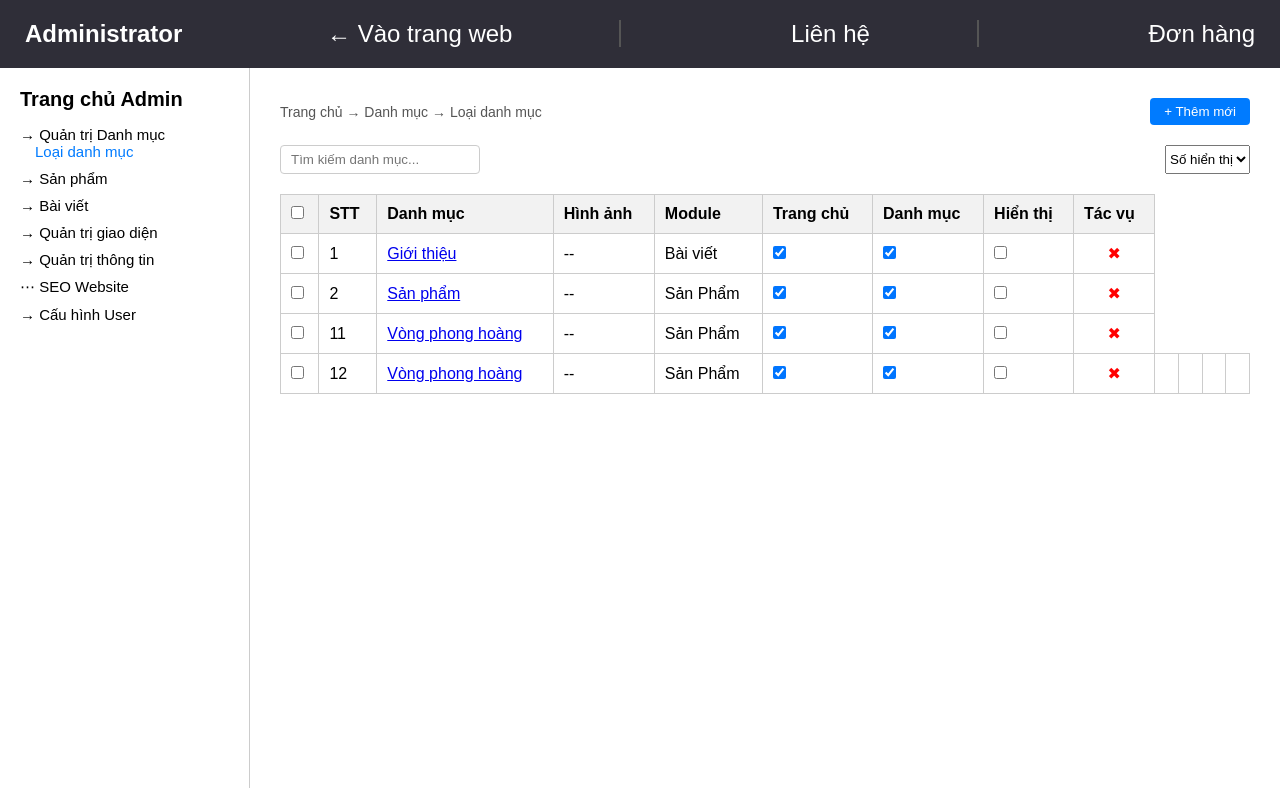
Repository: TranTanDat0606/Du-An-1
Page: Admin]/admin.html
These files come from the project's save history. The page is drawn as it stood at one moment and after a run of saves; the edit follows.
The browser window is 1280 px wide. The pictures show the whole page.

Above is the page before, as saved 2025-07-30 15:12:59.

### Admin]/admin.html
<!DOCTYPE html>
<html lang="vi">
<head>
    <meta charset="UTF-8" />
    <meta name="viewport" content="width=device-width, initial-scale=1.0"/>
    <title>Quản lý danh mục</title>
    <link rel="stylesheet" href="admin.css" />
</head>
<body>
    <header class="topbar">
    <div class="topbar-left">Administrator</div>
    <div class="topbar-right">
    <a href="#">← Vào trang web</a>
    <a href="#">Liên hệ</a>
    <a href="#">Đơn hàng</a></div>
</header>
    <div class="admin-container">
    <aside class="sidebar">
    <h2>Trang chủ Admin</h2>
    <ul>
        <li>→ Quản trị Danh mục
    <ul class="submenu">
            <li><a href="#">Loại danh mục</a></li>
    </ul>
        </li>
        <li>→ Sản phẩm</li>
        <li>→ Bài viết</li>
        <li>→ Quản trị giao diện</li>
        <li>→ Quản trị thông tin</li>
        <li>⋯ SEO Website</li>
        <li>→ Cấu hình User</li>
    </ul>
    </aside>
    <main class="main-content">
    <div class="header-bar">
        <span class="breadcrumbs">Trang chủ → Danh mục → Loại danh mục</span>
        <button class="btn-new">+ Thêm mới</button>
    </div>

    <div class="table-toolbar">
        <input type="text" class="search-input" placeholder="Tìm kiếm danh mục..." />
        <select>
    <option>Số hiển thị</option>
        </select>
    </div>
    <table>
        <thead>
    <tr>
            <th><input type="checkbox" /></th>
            <th>STT</th>
            <th>Danh mục</th>
            <th>Hình ảnh</th>
            <th>Module</th>
            <th>Trang chủ</th>
            <th>Danh mục</th>
            <th>Hiển thị</th>
            <th>Tác vụ</th>
    </tr>
        </thead>
        <tbody>
    <tr>
            <td><input type="checkbox" /></td>
            <td>1</td>
            <td><a href="#">Giới thiệu</a></td>
            <td>--</td>
            <td>Bài viết</td>
            <td><input type="checkbox" checked /></td>
            <td><input type="checkbox" checked /></td>
            <td><input type="checkbox" /></td>
            <td class="text-danger">✖</td>
    </tr>
    <tr>
            <td><input type="checkbox" /></td>
            <td>2</td>
            <td><a href="#">Sản phẩm</a></td>
            <td>--</td>
            <td>Sản Phẩm</td>
            <td><input type="checkbox" checked /></td>
            <td><input type="checkbox" checked /></td>
            <td><input type="checkbox" /></td>
            <td class="text-danger">✖</td>
    </tr>
    <tr>
        <td><input type="checkbox" /></td>
        <td>11</td>
        <td><a href="#">Vòng phong hoàng</a></td>
        <td>--</td>
        <td>Sản Phẩm</td>
        <td><input type="checkbox" checked /></td>
        <td><input type="checkbox" checked /></td>
        <td><input type="checkbox" /></td>
        <td class="text-danger">✖</td>
    </tr>
    <tr>
        <td><input type="checkbox" /></td>
        <td>12</td>
        <td><a href="#">Vòng phong hoàng</a></td>
        <td>--</td>
        <td>Sản Phẩm</td>
        <td><input type="checkbox" checked /></td>
        <td><input type="checkbox" checked /></td>
        <td><input type="checkbox" /></td>
        <td class="text-danger">✖</td>
        <td></td>
        <td></td>
        <td></td>
        <td></td>
    </tr>
        </tbody>
    </table>
    </main>
    </div>
</body>
</html>

### Admin]/admin.css
* {
    margin: 0;
    padding: 0;
    box-sizing: border-box;
    font-family: sans-serif;
}
/* header */
/* Topbar admin */
.topbar {
    background-color: #2f2e38;
    color: white;
    display: flex;
    justify-content: space-between;
    align-items: center;
    padding: 20px 25px;
    font-size: 24px;
}

.topbar-left {
    font-weight: bold;
}

.topbar-right a {
    color: white;
    text-decoration: none;
    margin-left: 100px;
    border-left: 2px solid #555;
    padding-left: 170px
}

.topbar-right a:first-child {
    border-left: none;
    padding-left: 0;
}
body {
    background: #f5f5f5;
}

.admin-container {
    display: flex;
    height: 100vh;
}

/* Sidebar */
.sidebar {
    width: 250px;
    background: #fff;
    border-right: 1px solid #ccc;
    padding: 20px;
}

.sidebar h2 {
    margin-bottom: 15px;
    font-size: 20px;
}

.sidebar ul {
    list-style: none;
}

.sidebar li {
    margin-bottom: 10px;
    font-size: 15px;
}

.sidebar .submenu {
    margin-left: 15px;
}

.sidebar a {
    color: #007bff;
    text-decoration: none;
}

/* Main Content */
.main-content {
    flex: 1;
    padding: 30px;
    background: #fff;
}

.header-bar {
    display: flex;
    justify-content: space-between;
    align-items: center;
}

.breadcrumbs {
    color: #555;
    font-size: 14px;
}

.btn-new {
    background: #007bff;
    color: #fff;
    border: none;
    padding: 6px 14px;
    border-radius: 4px;
    cursor: pointer;
}

.table-toolbar {
    margin: 20px 0;
    display: flex;
    justify-content: space-between;
}

.search-input {
    padding: 6px 10px;
    width: 200px;
    border: 1px solid #ccc;
    border-radius: 4px;
}

table {
    width: 100%;
    border-collapse: collapse;
    background: #fff;
}

table th,
table td {
    border: 1px solid #ccc;
    padding: 10px;
    text-align: left;
}

table th {
    background: #f2f2f2;
}

.text-danger {
    color: red;
    text-align: center;
}

After the next 2 saves:
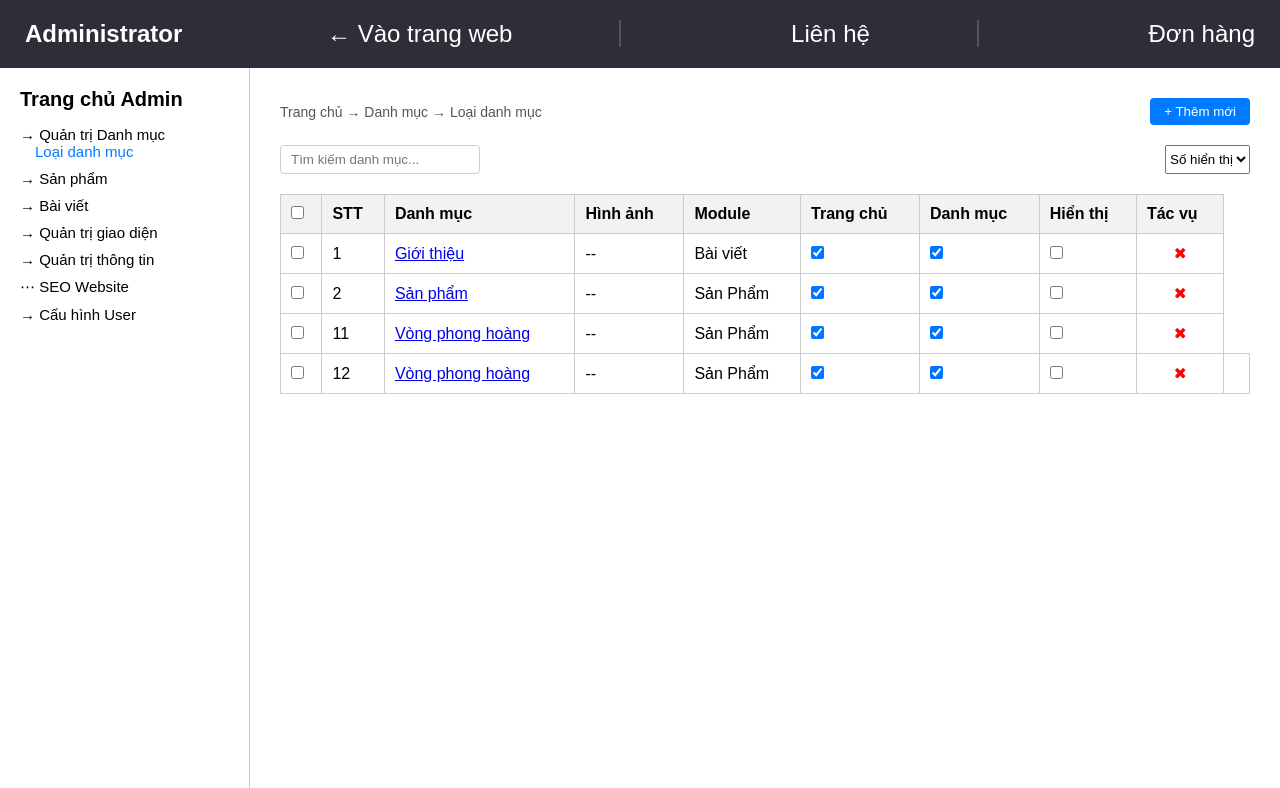
The 2 saves are shown as one change because they came seconds apart.
The last was saved 14 s later.
--- a/Admin]/admin.html
+++ b/Admin]/admin.html
@@ -102,9 +102,6 @@
         <td><input type="checkbox" /></td>
         <td class="text-danger">✖</td>
         <td></td>
-        <td></td>
-        <td></td>
-        <td></td>
     </tr>
         </tbody>
     </table>
